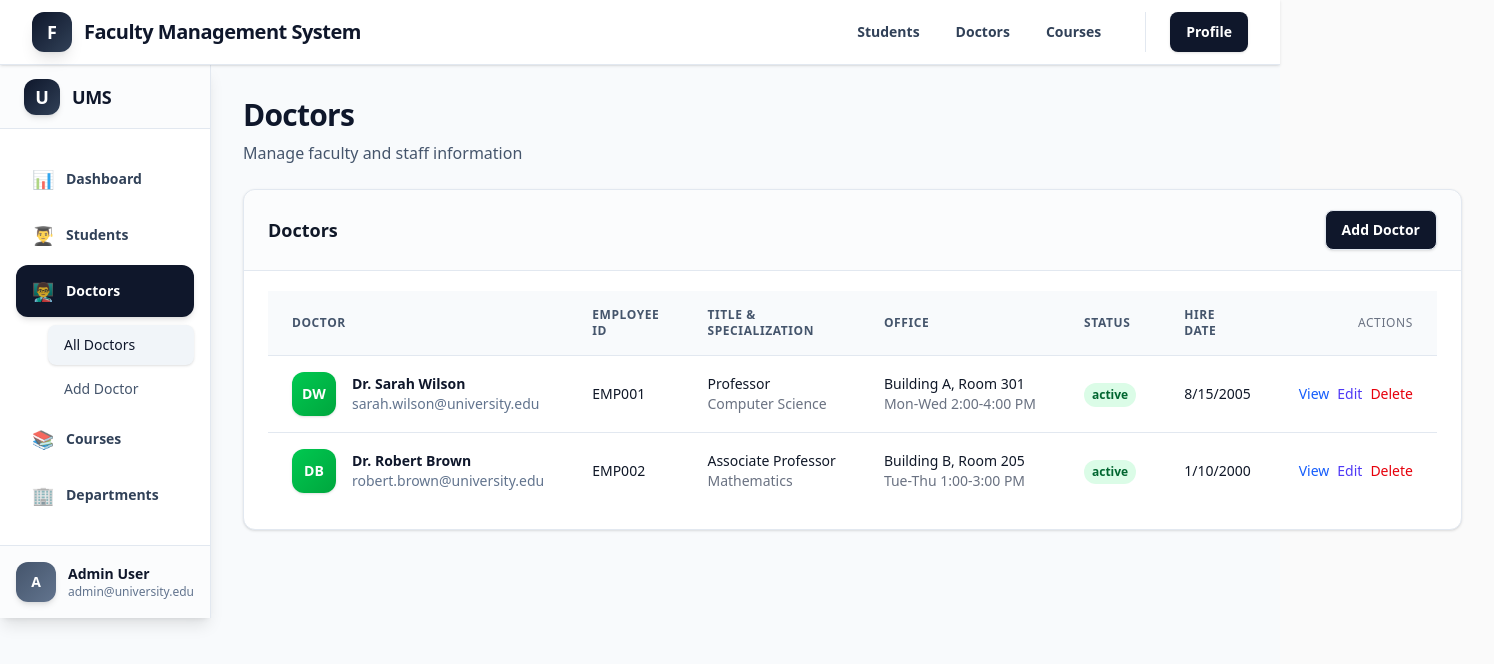
Repository: Mohamedmohsen179/Advanced-DB-Task
Page: /doctors (app in frontend/)
These files come from the project's save history. The page is drawn as it stood at one moment and after the next save; the edit follows.
The browser window is 1280 px wide. The page is 1494 px wide, so the pictures cover 1494 px, including what lies to the right of the window. The pictures show the whole page.
The page's requests for data from a server got no answer. The project was rebuilt for these pictures with package versions that can differ from the ones it lists, and the page was loaded fresh each time. The framework's server and built-in components were replaced by stand-ins that run in the browser. No one was signed in, and anything a server would have sent is missing. Also part of the build but not shown: frontend/next.config.ts.

Above is the page before, as saved 2025-11-28 16:30:52.

### frontend/app/layout.tsx
import type { Metadata } from "next";
import { Geist, Geist_Mono } from "next/font/google";
import "./globals.css";
import MainLayout from "../components/layout/MainLayout";

const geistSans = Geist({
  variable: "--font-geist-sans",
  subsets: ["latin"],
});

const geistMono = Geist_Mono({
  variable: "--font-geist-mono",
  subsets: ["latin"],
});

export const metadata: Metadata = {
  title: "University Management System",
  description: "A comprehensive university management system built with Next.js and TypeScript",
};

export default function RootLayout({
  children,
}: Readonly<{
  children: React.ReactNode;
}>) {
  return (
    <html lang="en">
      <body
        className={`${geistSans.variable} ${geistMono.variable} antialiased`}
      >
        <MainLayout>{children}</MainLayout>
      </body>
    </html>
  );
}

### frontend/app/doctors/page.tsx
import DoctorsContainer from '../../containers/DoctorsContainer';

export default function DoctorsPage() {
  return <DoctorsContainer />;
}

### frontend/app/globals.css
@import "tailwindcss";

:root {
  --background: #fafafa;
  --foreground: #0f172a;
  --primary: #2563eb;
  --primary-foreground: #ffffff;
  --secondary: #f1f5f9;
  --secondary-foreground: #334155;
  --muted: #f8fafc;
  --muted-foreground: #64748b;
  --accent: #f1f5f9;
  --accent-foreground: #0f172a;
  --border: #e2e8f0;
  --input: #ffffff;
  --ring: #2563eb;
  --radius: 0.5rem;
}

@theme inline {
  --color-background: var(--background);
  --color-foreground: var(--foreground);
  --font-sans: var(--font-geist-sans);
  --font-mono: var(--font-geist-mono);
}

@media (prefers-color-scheme: dark) {
  :root {
    --background: #020617;
    --foreground: #f8fafc;
    --primary: #3b82f6;
    --primary-foreground: #f8fafc;
    --secondary: #1e293b;
    --secondary-foreground: #f8fafc;
    --muted: #1e293b;
    --muted-foreground: #94a3b8;
    --accent: #1e293b;
    --accent-foreground: #f8fafc;
    --border: #334155;
    --input: #1e293b;
    --ring: #3b82f6;
  }
}

* {
  border-color: var(--border);
}

body {
  background: var(--background);
  color: var(--foreground);
  font-family: var(--font-sans), system-ui, -apple-system, sans-serif;
  line-height: 1.6;
  -webkit-font-smoothing: antialiased;
  -moz-osx-font-smoothing: grayscale;
}

/* Professional scrollbar */
::-webkit-scrollbar {
  width: 8px;
  height: 8px;
}

::-webkit-scrollbar-track {
  background: var(--muted);
}

::-webkit-scrollbar-thumb {
  background: var(--muted-foreground);
  border-radius: 4px;
}

::-webkit-scrollbar-thumb:hover {
  background: var(--foreground);
}

/* Focus styles */
.focus-visible {
  outline: 2px solid var(--ring);
  outline-offset: 2px;
}

/* Professional shadows */
.shadow-professional {
  box-shadow: 0 1px 3px 0 rgb(0 0 0 / 0.1), 0 1px 2px -1px rgb(0 0 0 / 0.1);
}

.shadow-professional-lg {
  box-shadow: 0 10px 15px -3px rgb(0 0 0 / 0.1), 0 4px 6px -4px rgb(0 0 0 / 0.1);
}

### frontend/components/layout/MainLayout.tsx
'use client';

import { useState } from 'react';
import Navbar from './Navbar';
import Sidebar from './Sidebar';

interface MainLayoutProps {
  children: React.ReactNode;
}

export default function MainLayout({ children }: MainLayoutProps) {
  const [sidebarOpen, setSidebarOpen] = useState(false);

  return (
    <div className="min-h-screen bg-slate-50">
      {/* Navbar */}
      <Navbar />

      <div className="flex">
        {/* Sidebar */}
        <Sidebar
          isOpen={sidebarOpen}
          onClose={() => setSidebarOpen(false)}
        />

        {/* Main Content */}
        <div className="flex-1 lg:ml-0">
          {/* Mobile sidebar toggle */}
          <div className="lg:hidden">
            <button
              onClick={() => setSidebarOpen(true)}
              className="fixed top-20 left-4 z-10 bg-white p-3 rounded-xl shadow-professional border border-slate-200 hover:shadow-professional-lg transition-all duration-200"
            >
              <svg className="w-5 h-5 text-slate-600" fill="none" stroke="currentColor" viewBox="0 0 24 24">
                <path strokeLinecap="round" strokeLinejoin="round" strokeWidth={2} d="M4 6h16M4 12h16M4 18h16" />
              </svg>
            </button>
          </div>

          {/* Page Content */}
          <main className="p-6 lg:p-8">
            <div className="max-w-7xl mx-auto">
              {children}
            </div>
          </main>
        </div>
      </div>
    </div>
  );
}

### frontend/containers/DoctorsContainer.tsx
'use client';

import { useState, useEffect } from 'react';
import { Doctor, PaginatedResponse } from '../types';
import { apiService } from '../services/api';
import DoctorTable from '../components/doctors/DoctorTable';

export default function DoctorsContainer() {
  const [doctors, setDoctors] = useState<Doctor[]>([]);
  const [loading, setLoading] = useState(true);
  const [error, setError] = useState<string | null>(null);

  useEffect(() => {
    loadDoctors();
  }, []);

  const loadDoctors = async () => {
    try {
      setLoading(true);
      setError(null);
      const response: PaginatedResponse<Doctor> = await apiService.getDoctors();

      if (response.success) {
        setDoctors(response.data);
      } else {
        setError('Failed to load doctors');
      }
    } catch (err) {
      setError('An error occurred while loading doctors');
      console.error('Error loading doctors:', err);
    } finally {
      setLoading(false);
    }
  };

  const handleEdit = (doctor: Doctor) => {
    // TODO: Implement edit functionality
    console.log('Edit doctor:', doctor);
  };

  const handleDelete = async (doctorId: string) => {
    if (!confirm('Are you sure you want to delete this doctor?')) {
      return;
    }

    try {
      await apiService.deleteDoctor(doctorId);
      // Reload doctors after deletion
      await loadDoctors();
    } catch (err) {
      setError('Failed to delete doctor');
      console.error('Error deleting doctor:', err);
    }
  };

  if (error) {
    return (
      <div className="bg-red-50 border border-red-200 rounded-md p-4">
        <div className="flex">
          <div className="flex-shrink-0">
            <svg className="h-5 w-5 text-red-400" viewBox="0 0 20 20" fill="currentColor">
              <path fillRule="evenodd" d="M10 18a8 8 0 100-16 8 8 0 000 16zM8.707 7.293a1 1 0 00-1.414 1.414L8.586 10l-1.293 1.293a1 1 0 101.414 1.414L10 11.414l1.293 1.293a1 1 0 001.414-1.414L11.414 10l1.293-1.293a1 1 0 00-1.414-1.414L10 8.586 8.707 7.293z" clipRule="evenodd" />
            </svg>
          </div>
          <div className="ml-3">
            <h3 className="text-sm font-medium text-red-800">Error</h3>
            <div className="mt-2 text-sm text-red-700">
              <p>{error}</p>
            </div>
            <div className="mt-4">
              <button
                onClick={loadDoctors}
                className="bg-red-100 px-3 py-2 rounded-md text-sm font-medium text-red-800 hover:bg-red-200"
              >
                Try Again
              </button>
            </div>
          </div>
        </div>
      </div>
    );
  }

  return (
    <div className="space-y-6">
      <div className="flex items-center justify-between">
        <div>
          <h1 className="text-3xl font-bold text-slate-900 tracking-tight">Doctors</h1>
          <p className="mt-2 text-base text-slate-600">
            Manage faculty and staff information
          </p>
        </div>
      </div>

      <DoctorTable
        doctors={doctors}
        loading={loading}
        onEdit={handleEdit}
        onDelete={handleDelete}
      />
    </div>
  );
}

### frontend/components/doctors/DoctorTable.tsx
'use client';

import Link from 'next/link';
import { Doctor } from '../../types';
import { Card, CardContent, CardHeader } from '../ui/Card';
import Button from '../ui/Button';

interface DoctorTableProps {
  doctors: Doctor[];
  loading?: boolean;
  onEdit?: (doctor: Doctor) => void;
  onDelete?: (doctorId: string) => void;
}

export default function DoctorTable({
  doctors,
  loading = false,
  onEdit,
  onDelete
}: DoctorTableProps) {
  if (loading) {
    return (
      <Card>
        <CardContent>
          <div className="flex items-center justify-center py-12">
            <div className="animate-spin rounded-full h-8 w-8 border-b-2 border-blue-600"></div>
            <span className="ml-2 text-gray-600">Loading doctors...</span>
          </div>
        </CardContent>
      </Card>
    );
  }

  if (doctors.length === 0) {
    return (
      <Card>
        <CardContent>
          <div className="text-center py-12">
            <div className="text-gray-400 text-6xl mb-4">👨‍🏫</div>
            <h3 className="text-lg font-medium text-gray-900 mb-2">No doctors found</h3>
            <p className="text-gray-500 mb-6">Get started by adding your first doctor.</p>
            <Link href="/doctors/new">
              <Button>Add Doctor</Button>
            </Link>
          </div>
        </CardContent>
      </Card>
    );
  }

  return (
    <Card>
      <CardHeader>
        <div className="flex items-center justify-between">
          <h2 className="text-lg font-semibold text-gray-900">Doctors</h2>
          <Link href="/doctors/new">
            <Button>Add Doctor</Button>
          </Link>
        </div>
      </CardHeader>
      <CardContent className="p-0">
        <div className="overflow-x-auto">
          <table className="min-w-full divide-y divide-slate-200">
            <thead className="bg-slate-50">
              <tr>
                <th className="px-6 py-4 text-left text-xs font-semibold text-slate-600 uppercase tracking-wider">
                  Doctor
                </th>
                <th className="px-6 py-4 text-left text-xs font-semibold text-slate-600 uppercase tracking-wider">
                  Employee ID
                </th>
                <th className="px-6 py-4 text-left text-xs font-semibold text-slate-600 uppercase tracking-wider">
                  Title & Specialization
                </th>
                <th className="px-6 py-4 text-left text-xs font-semibold text-slate-600 uppercase tracking-wider">
                  Office
                </th>
                <th className="px-6 py-4 text-left text-xs font-semibold text-slate-600 uppercase tracking-wider">
                  Status
                </th>
                <th className="px-6 py-4 text-left text-xs font-semibold text-slate-600 uppercase tracking-wider">
                  Hire Date
                </th>
                <th className="px-6 py-3 text-right text-xs font-medium text-gray-500 uppercase tracking-wider">
                  Actions
                </th>
              </tr>
            </thead>
            <tbody className="bg-white divide-y divide-slate-200">
              {doctors.map((doctor) => (
                <tr key={doctor.id} className="hover:bg-slate-50 transition-colors duration-150">
                  <td className="px-6 py-4 whitespace-nowrap">
                      <div className="flex items-center">
                        <div className="flex-shrink-0 h-11 w-11">
                          <div className="h-11 w-11 rounded-xl bg-gradient-to-br from-green-500 to-green-600 flex items-center justify-center shadow-sm">
                            <span className="text-white font-semibold text-sm">
                              {doctor.firstName.charAt(0)}{doctor.lastName.charAt(0)}
                            </span>
                          </div>
                        </div>
                        <div className="ml-4">
                          <div className="text-sm font-semibold text-slate-900">
                            {doctor.firstName} {doctor.lastName}
                          </div>
                          <div className="text-sm text-slate-500">
                            {doctor.email}
                          </div>
                        </div>
                      </div>
                  </td>
                  <td className="px-6 py-4 whitespace-nowrap text-sm text-gray-900">
                    {doctor.employeeId}
                  </td>
                  <td className="px-6 py-4 whitespace-nowrap">
                    <div className="text-sm text-gray-900">{doctor.title}</div>
                    <div className="text-sm text-gray-500">{doctor.specialization || 'General'}</div>
                  </td>
                  <td className="px-6 py-4 whitespace-nowrap">
                    <div className="text-sm text-gray-900">{doctor.officeLocation || 'Not assigned'}</div>
                    <div className="text-sm text-gray-500">{doctor.officeHours || 'Not set'}</div>
                  </td>
                  <td className="px-6 py-4 whitespace-nowrap">
                    <span className={`inline-flex px-2 py-1 text-xs font-semibold rounded-full ${
                      doctor.status === 'active'
                        ? 'bg-green-100 text-green-800'
                        : doctor.status === 'inactive'
                        ? 'bg-gray-100 text-gray-800'
                        : doctor.status === 'on_leave'
                        ? 'bg-yellow-100 text-yellow-800'
                        : 'bg-blue-100 text-blue-800'
                    }`}>
                      {doctor.status.replace('_', ' ')}
                    </span>
                  </td>
                  <td className="px-6 py-4 whitespace-nowrap text-sm text-gray-900">
                    {new Date(doctor.hireDate).toLocaleDateString()}
                  </td>
                  <td className="px-6 py-4 whitespace-nowrap text-right text-sm font-medium space-x-2">
                    <Link
                      href={`/doctors/${doctor.id}`}
                      className="text-blue-600 hover:text-blue-900"
                    >
                      View
                    </Link>
                    {onEdit && (
                      <button
                        onClick={() => onEdit(doctor)}
                        className="text-indigo-600 hover:text-indigo-900"
                      >
                        Edit
                      </button>
                    )}
                    {onDelete && (
                      <button
                        onClick={() => onDelete(doctor.id)}
                        className="text-red-600 hover:text-red-900"
                      >
                        Delete
                      </button>
                    )}
                  </td>
                </tr>
              ))}
            </tbody>
          </table>
        </div>
      </CardContent>
    </Card>
  );
}

### frontend/components/ui/Card.tsx
import { HTMLAttributes, forwardRef } from 'react';

interface CardProps extends HTMLAttributes<HTMLDivElement> {
  children: React.ReactNode;
}

const Card = forwardRef<HTMLDivElement, CardProps>(
  ({ className = '', children, ...props }, ref) => {
    return (
      <div
        ref={ref}
        className={`bg-white rounded-xl border border-slate-200 shadow-professional hover:shadow-professional-lg transition-shadow duration-200 ${className}`}
        {...props}
      >
        {children}
      </div>
    );
  }
);

Card.displayName = 'Card';

interface CardHeaderProps extends HTMLAttributes<HTMLDivElement> {
  children: React.ReactNode;
}

const CardHeader = forwardRef<HTMLDivElement, CardHeaderProps>(
  ({ className = '', children, ...props }, ref) => {
    return (
      <div
        ref={ref}
        className={`px-6 py-5 border-b border-slate-200 bg-slate-50/50 rounded-t-xl ${className}`}
        {...props}
      >
        {children}
      </div>
    );
  }
);

CardHeader.displayName = 'CardHeader';

interface CardContentProps extends HTMLAttributes<HTMLDivElement> {
  children: React.ReactNode;
}

const CardContent = forwardRef<HTMLDivElement, CardContentProps>(
  ({ className = '', children, ...props }, ref) => {
    return (
      <div
        ref={ref}
        className={`px-6 py-5 ${className}`}
        {...props}
      >
        {children}
      </div>
    );
  }
);

CardContent.displayName = 'CardContent';

interface CardFooterProps extends HTMLAttributes<HTMLDivElement> {
  children: React.ReactNode;
}

const CardFooter = forwardRef<HTMLDivElement, CardFooterProps>(
  ({ className = '', children, ...props }, ref) => {
    return (
      <div
        ref={ref}
        className={`px-6 py-5 border-t border-slate-200 bg-slate-50 rounded-b-xl ${className}`}
        {...props}
      >
        {children}
      </div>
    );
  }
);

CardFooter.displayName = 'CardFooter';

export { Card, CardHeader, CardContent, CardFooter };

### frontend/components/ui/Button.tsx
import { ButtonHTMLAttributes, forwardRef } from 'react';

interface ButtonProps extends ButtonHTMLAttributes<HTMLButtonElement> {
  variant?: 'primary' | 'secondary' | 'danger' | 'outline';
  size?: 'sm' | 'md' | 'lg';
  loading?: boolean;
}

const Button = forwardRef<HTMLButtonElement, ButtonProps>(
  ({ className = '', variant = 'primary', size = 'md', loading = false, children, disabled, ...props }, ref) => {
    const baseClasses = 'inline-flex items-center justify-center font-semibold rounded-lg transition-all duration-200 focus:outline-none focus:ring-2 focus:ring-offset-2 disabled:opacity-50 disabled:cursor-not-allowed shadow-sm hover:shadow-md active:scale-[0.98]';

    const variantClasses = {
      primary: 'bg-slate-900 text-white hover:bg-slate-800 focus:ring-slate-500 border border-slate-900',
      secondary: 'bg-slate-100 text-slate-900 hover:bg-slate-200 focus:ring-slate-500 border border-slate-200',
      danger: 'bg-red-600 text-white hover:bg-red-700 focus:ring-red-500 border border-red-600',
      outline: 'border-2 border-slate-300 text-slate-700 bg-white hover:bg-slate-50 hover:border-slate-400 focus:ring-slate-500',
    };

    const sizeClasses = {
      sm: 'px-3 py-2 text-sm h-9',
      md: 'px-4 py-2.5 text-sm h-10',
      lg: 'px-6 py-3 text-base h-12',
    };

    return (
      <button
        ref={ref}
        className={`${baseClasses} ${variantClasses[variant]} ${sizeClasses[size]} ${className}`}
        disabled={disabled || loading}
        {...props}
      >
        {loading && (
          <svg className="animate-spin -ml-1 mr-2 h-4 w-4" fill="none" viewBox="0 0 24 24">
            <circle className="opacity-25" cx="12" cy="12" r="10" stroke="currentColor" strokeWidth="4" />
            <path className="opacity-75" fill="currentColor" d="M4 12a8 8 0 018-8V0C5.373 0 0 5.373 0 12h4zm2 5.291A7.962 7.962 0 014 12H0c0 3.042 1.135 5.824 3 7.938l3-2.647z" />
          </svg>
        )}
        {children}
      </button>
    );
  }
);

Button.displayName = 'Button';

export default Button;

Loaded but not shown: frontend/services/api.ts (539 lines, source omitted); frontend/components/layout/Sidebar.tsx (158 lines, source omitted); frontend/components/layout/Navbar.tsx (102 lines, source omitted)

After the next save:
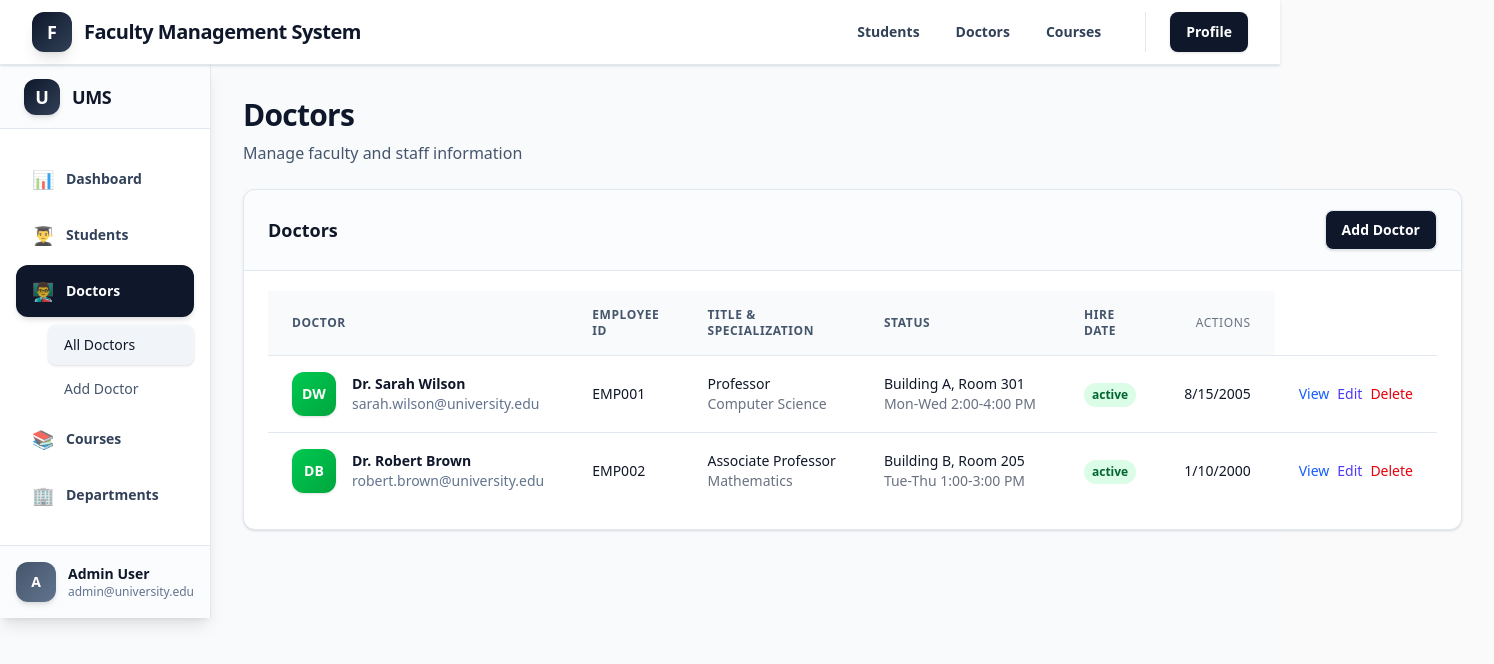
Saved 6 min 43 s later.
--- a/frontend/components/doctors/DoctorTable.tsx
+++ b/frontend/components/doctors/DoctorTable.tsx
@@ -72,9 +72,7 @@ export default function DoctorTable({
                 <th className="px-6 py-4 text-left text-xs font-semibold text-slate-600 uppercase tracking-wider">
                   Title & Specialization
                 </th>
-                <th className="px-6 py-4 text-left text-xs font-semibold text-slate-600 uppercase tracking-wider">
-                  Office
-                </th>
+
                 <th className="px-6 py-4 text-left text-xs font-semibold text-slate-600 uppercase tracking-wider">
                   Status
                 </th>
@@ -90,23 +88,23 @@ export default function DoctorTable({
               {doctors.map((doctor) => (
                 <tr key={doctor.id} className="hover:bg-slate-50 transition-colors duration-150">
                   <td className="px-6 py-4 whitespace-nowrap">
-                      <div className="flex items-center">
-                        <div className="flex-shrink-0 h-11 w-11">
-                          <div className="h-11 w-11 rounded-xl bg-gradient-to-br from-green-500 to-green-600 flex items-center justify-center shadow-sm">
-                            <span className="text-white font-semibold text-sm">
-                              {doctor.firstName.charAt(0)}{doctor.lastName.charAt(0)}
-                            </span>
-                          </div>
-                        </div>
-                        <div className="ml-4">
-                          <div className="text-sm font-semibold text-slate-900">
-                            {doctor.firstName} {doctor.lastName}
-                          </div>
-                          <div className="text-sm text-slate-500">
-                            {doctor.email}
-                          </div>
+                    <div className="flex items-center">
+                      <div className="flex-shrink-0 h-11 w-11">
+                        <div className="h-11 w-11 rounded-xl bg-gradient-to-br from-green-500 to-green-600 flex items-center justify-center shadow-sm">
+                          <span className="text-white font-semibold text-sm">
+                            {doctor.firstName.charAt(0)}{doctor.lastName.charAt(0)}
+                          </span>
                         </div>
                       </div>
+                      <div className="ml-4">
+                        <div className="text-sm font-semibold text-slate-900">
+                          {doctor.firstName} {doctor.lastName}
+                        </div>
+                        <div className="text-sm text-slate-500">
+                          {doctor.email}
+                        </div>
+                      </div>
+                    </div>
                   </td>
                   <td className="px-6 py-4 whitespace-nowrap text-sm text-gray-900">
                     {doctor.employeeId}
@@ -120,15 +118,14 @@ export default function DoctorTable({
                     <div className="text-sm text-gray-500">{doctor.officeHours || 'Not set'}</div>
                   </td>
                   <td className="px-6 py-4 whitespace-nowrap">
-                    <span className={`inline-flex px-2 py-1 text-xs font-semibold rounded-full ${
-                      doctor.status === 'active'
+                    <span className={`inline-flex px-2 py-1 text-xs font-semibold rounded-full ${doctor.status === 'active'
                         ? 'bg-green-100 text-green-800'
                         : doctor.status === 'inactive'
-                        ? 'bg-gray-100 text-gray-800'
-                        : doctor.status === 'on_leave'
-                        ? 'bg-yellow-100 text-yellow-800'
-                        : 'bg-blue-100 text-blue-800'
-                    }`}>
+                          ? 'bg-gray-100 text-gray-800'
+                          : doctor.status === 'on_leave'
+                            ? 'bg-yellow-100 text-yellow-800'
+                            : 'bg-blue-100 text-blue-800'
+                      }`}>
                       {doctor.status.replace('_', ' ')}
                     </span>
                   </td>
